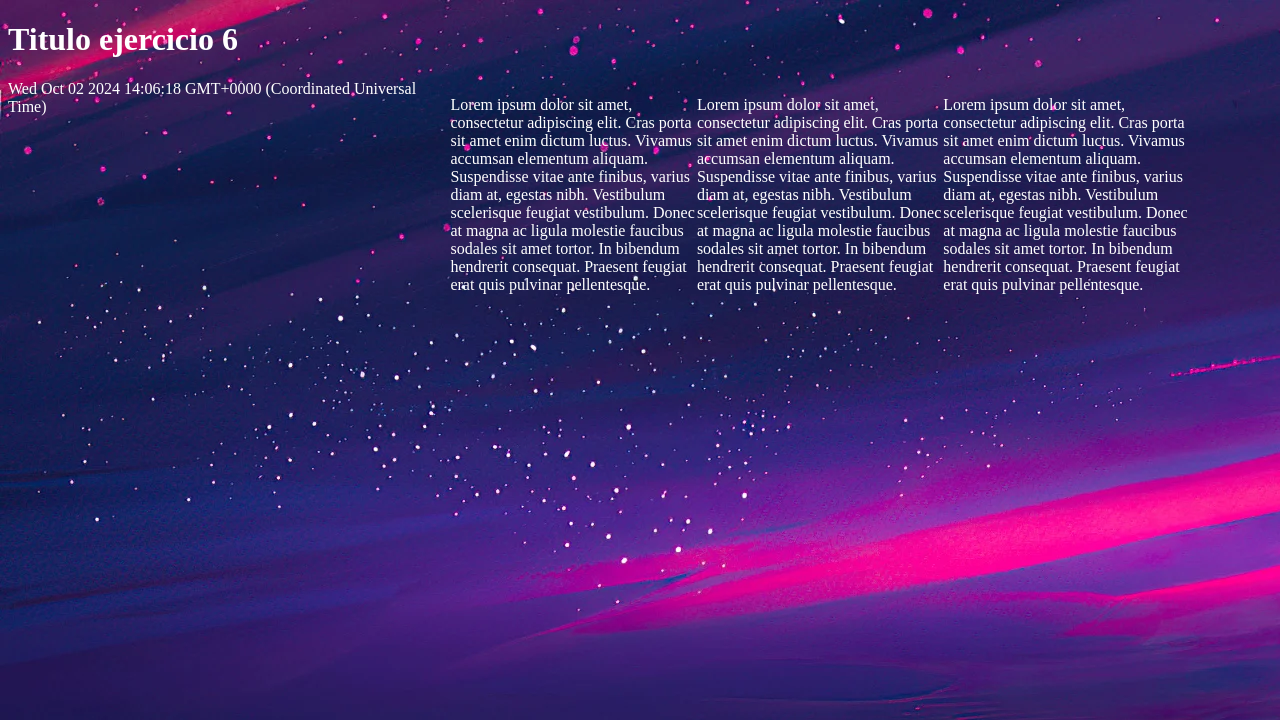
Repository: demoniers/clase
Page: lenguajes/html/ejercicio6/src/index.html
An editor plug-in stored every save of this project. The page is shown before and after the next save, followed by the edit.
The browser window is 1280 px wide. The pictures show the whole page.

Above is the page before, as saved 2024-10-08 13:05:44.

After the next save:
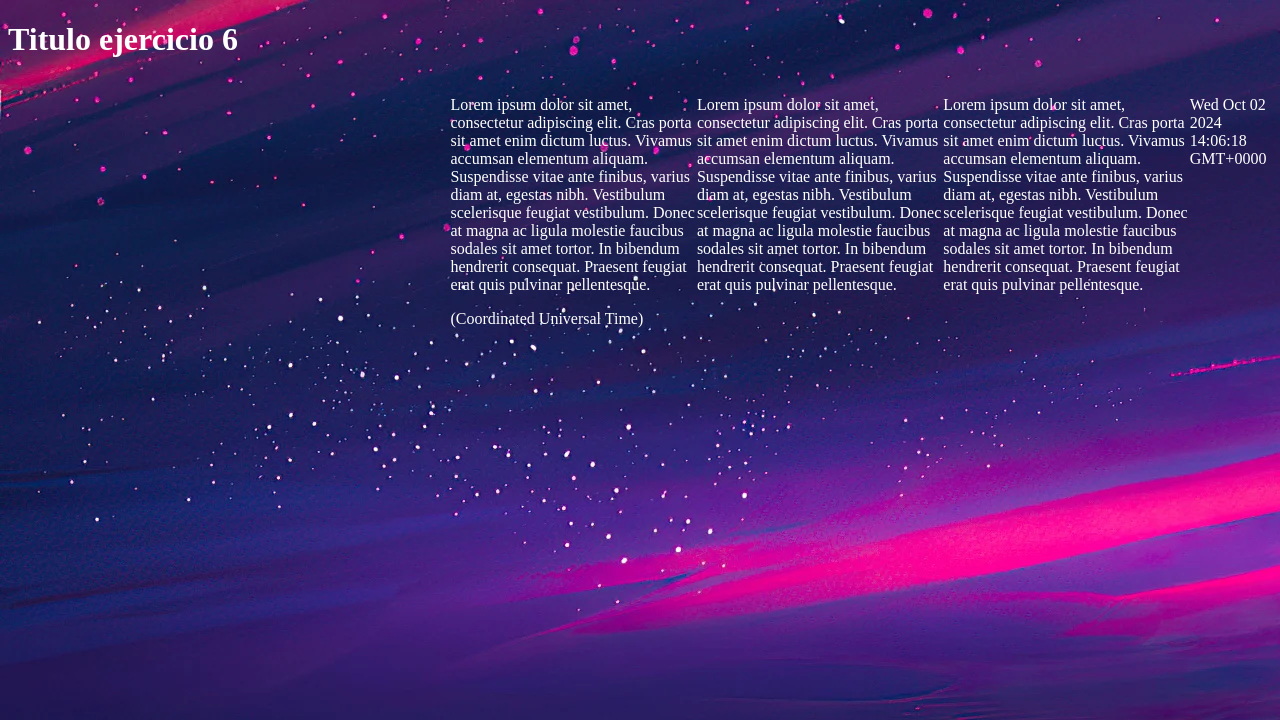
Saved 16 s later.
--- a/lenguajes/html/ejercicio6/src/index.html
+++ b/lenguajes/html/ejercicio6/src/index.html
@@ -22,8 +22,8 @@
       <div class="content" id="conent2">
         <p>Lorem ipsum dolor sit amet, consectetur adipiscing elit. Cras porta sit amet enim dictum luctus. Vivamus accumsan elementum aliquam. Suspendisse vitae ante finibus, varius diam at, egestas nibh. Vestibulum scelerisque feugiat vestibulum. Donec at magna ac ligula molestie faucibus sodales sit amet tortor. In bibendum hendrerit consequat. Praesent feugiat erat quis pulvinar pellentesque.</p>
       </div>
+      <p id="fh"></p>
     </div>
-    <p id="fh"></p>
   </body>
   <script>
     fecha = document.getElementById("fh");
